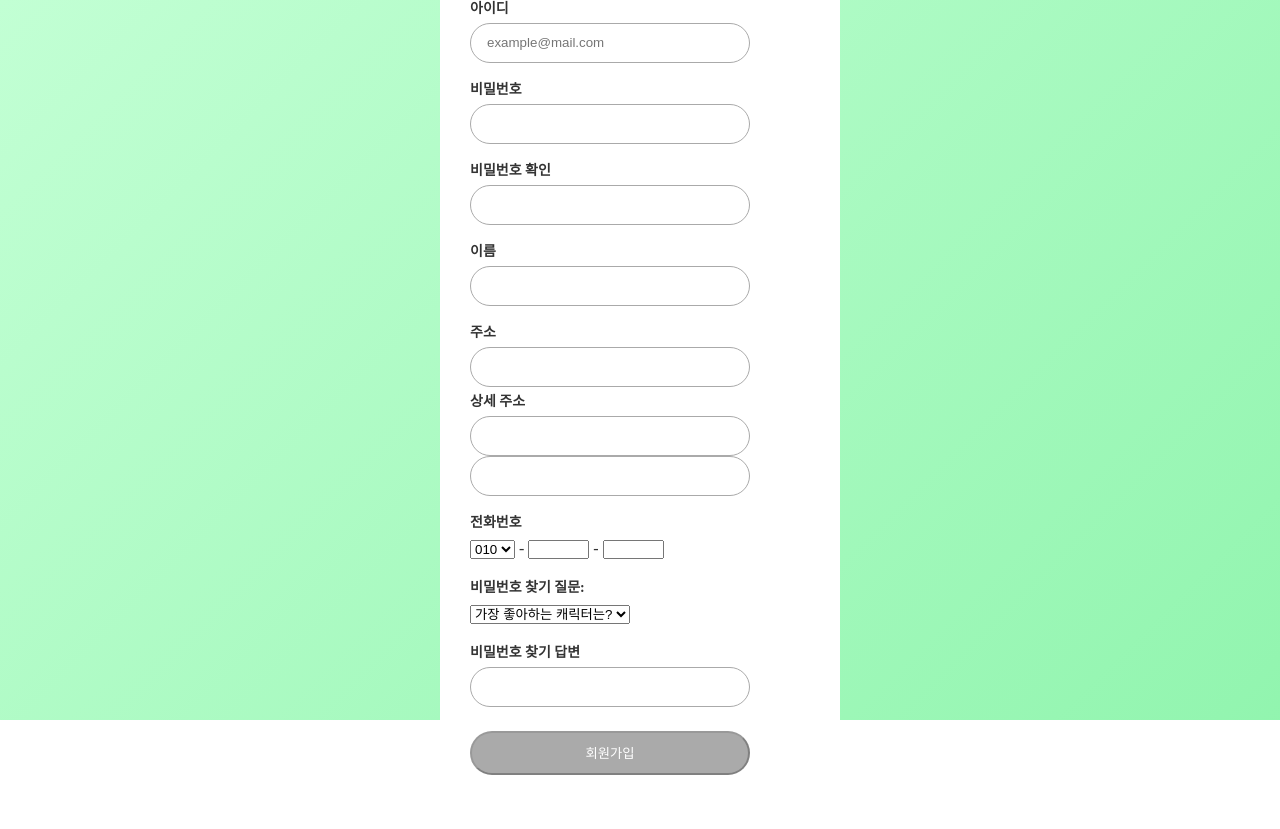
Repository: leesaereum/funding
Page: http://localhost/Funding/pages/SignUp.jsp
The author's editor kept a copy of each file at every save. The page is drawn from the files as they stood at one save, then again after the next save.
The browser window is 1280 px wide. The pictures show the whole page.
The page is served by Tomcat 9.

Above is the page before, as saved 2022-04-06 08:21:41.

After the next save:
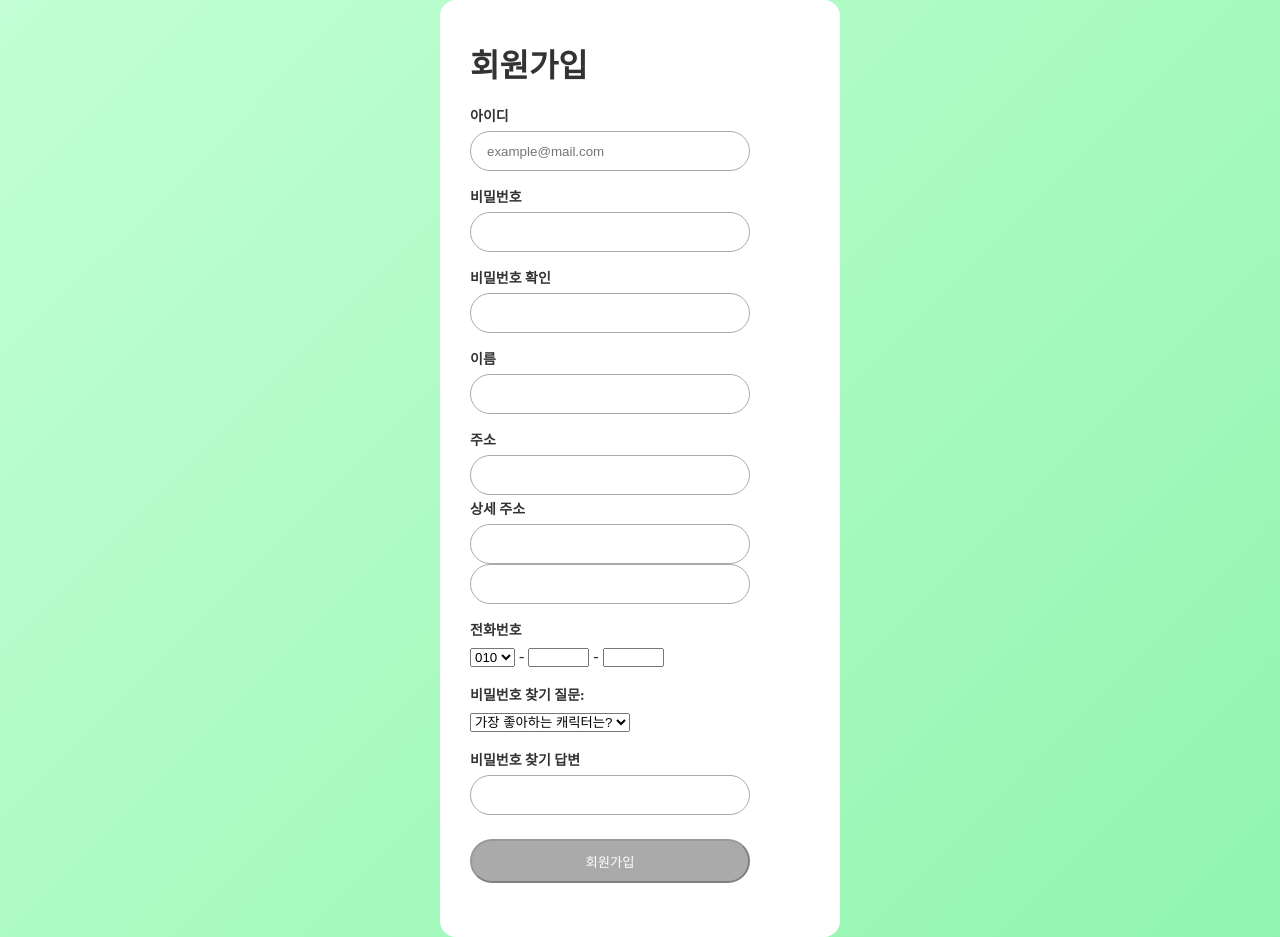
Saved 94 s later.
--- a/Funding/src/main/webapp/pages/SignUp.jsp
+++ b/Funding/src/main/webapp/pages/SignUp.jsp
@@ -21,7 +21,6 @@ body {
 .signUp__wrap {
 	z-index: 1;
 	width: 100%;
-	height: 100%;
 	display: flex;
 	justify-content: center;
 	align-items: center;
